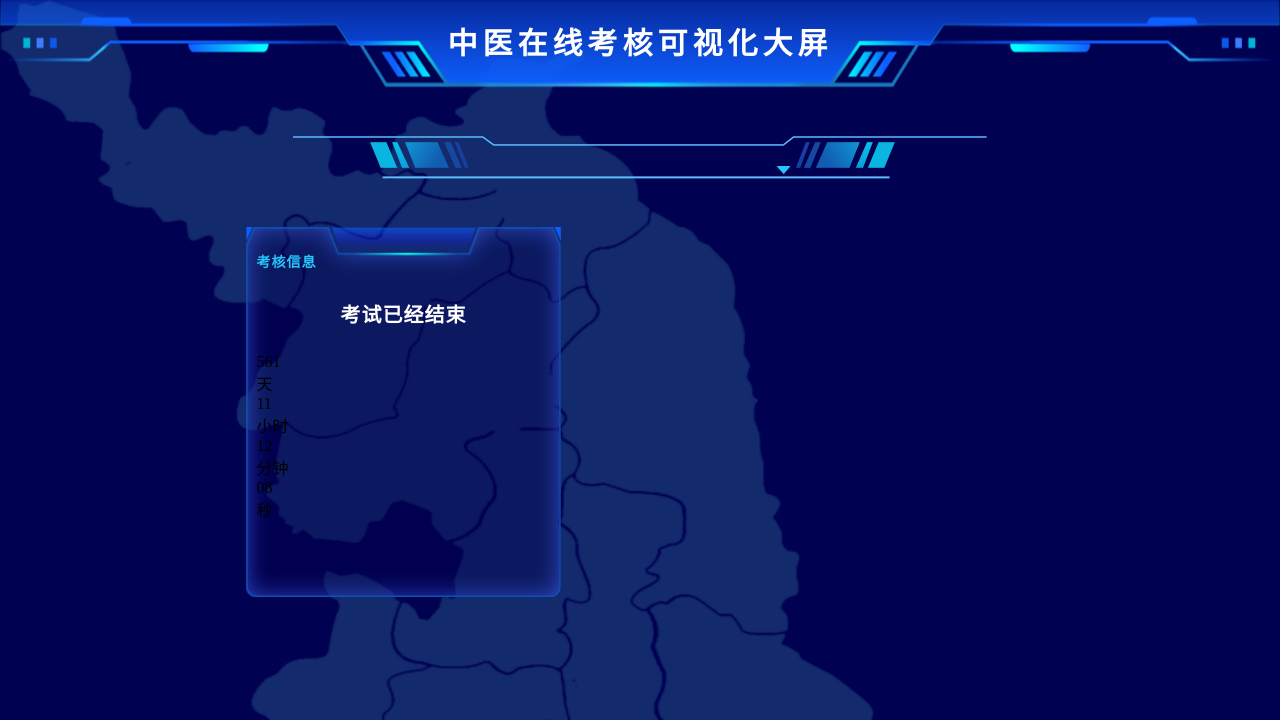
Repository: krislorem/medicine-online-datascreen-vue
Page: /
An editor plug-in stored every save of this project. The page is shown before and after the next save, followed by the edit.
The browser window is 1280 px wide. The pictures show the whole page.
The project was rebuilt for these pictures with package versions that can differ from the ones it lists, and the page was loaded fresh each time. Also part of the build but not shown: vite.config.ts.

Above is the page before, as saved 2024-12-04 11:51:00.
Console error (its wording comes from the project's code and is left out).

### src/main.ts
import './assets/main.css'

import { createApp } from 'vue'
import { createPinia } from 'pinia'
import ElementPlus from 'element-plus'
import 'element-plus/dist/index.css'
import App from './App.vue'
import router from './router'

const app = createApp(App)

app.use(createPinia())
app.use(router)
app.use(ElementPlus)
app.mount('#app')

### src/assets/main.css
body, html {
  width: 100%;
  height: 100%;
  overflow: hidden;
  margin: 0;
  padding: 0;
  width: 100vw;
  height: 100vh
}

#app {
  width: 100%;
  height: 100%
}

### src/App.vue
<template>
  <div>
    <RouterView></RouterView>
  </div>
</template>

<script setup lang="ts">

</script>

<style scoped>
</style>

### src/views/HomeView.vue
<template>
  <div class="home">
    <nav>
      <h1>中医在线考核可视化大屏</h1>
    </nav>
    <div id="mid-bar">
      <select id="info"></select>
    </div>
    <div id="all-info">
      <div id="left">
        <div class="item item-1">
          <p class="top-name"><span>考核信息</span></p>
          <p class="time-title"><span>考试已经结束</span></p>
          <div class="time-container">
            <div class="time-box" style=";"><span class="time-num">561</span></div>
            <div class="time-box" style=";"><span class="time-num">天</span></div>
            <div class="time-box" style=";"><span class="time-num">11</span></div>
            <div class="time-box" style=";"><span class="time-num">小时</span></div>
            <div class="time-box" style=";"><span class="time-num">12</span></div>
            <div class="time-box" style=";"><span class="time-num">分钟</span></div>
            <div class="time-box" style=";"><span class="time-num">08</span></div>
            <div class="time-box" style=";"><span class="time-num">秒</span></div>
          </div>
        </div>
      </div>
      <div id="right"></div>
    </div>
  </div>
</template>

<style scoped>
body {
  font-family: Helvetica Neue, Helvetica, PingFang SC, Hiragino Sans GB, Microsoft YaHei, "\5FAE\8F6F\96C5\9ED1", Arial, sans-serif;
  font-size: 12px;
  line-height: 1.5;
  color: #515a6e;
  background-color: #fff;
  -webkit-font-smoothing: antialiased;
  -moz-osx-font-smoothing: grayscale;
}

.home {
  background: #010152 url(/ditu.png) 50% no-repeat;
  background-size: 100% 100%;
}

.home nav {
  background-image: url(/dingbu.png);
  background-size: 100% 100%;
  background-repeat: no-repeat;
  overflow: hidden;
  display: -webkit-box;
  display: -ms-flexbox;
  display: flex;
  -webkit-box-align: center;
  -ms-flex-align: center;
  align-items: center;
}

.home nav h1 {
  font-size: 30px;
  font-family: PingFangSC-Semibold, PingFang SC;
  font-weight: 600;
  color: #fff;
  line-height: 58px;
  letter-spacing: 5px;
  margin: 15px auto;
}

.home #mid-bar {
  width: 694px;
  height: 43px;
  background: url(/nav.png) no-repeat;
  margin: 48px auto 36px;
  padding-top: 12px;
  display: -webkit-box;
  display: -ms-flexbox;
  display: flex;
  -webkit-box-pack: center;
  -ms-flex-pack: center;
  justify-content: center;
  -webkit-box-align: center;
  -ms-flex-align: center;
  align-items: center;
}

.home #mid-bar #info {
  appearance: none;
  -moz-appearance: none;
  -webkit-appearance: none;
  background: transparent url('/jiantou.png') no-repeat scroll 100%;
  width: 302px;
  height: 22px;
  font-size: 16px;
  text-align: center;
  font-family: PingFangSC-Semibold, PingFang SC;
  font-weight: 600;
  color: #26c5fb;
  line-height: 22px;
  letter-spacing: 2px;
  border: none;
}

#all-info {
  width: 100%;
  height: 796px;
  margin: 20px auto;
  display: -webkit-box;
  display: -ms-flexbox;
  display: flex;
  -ms-flex-pack: distribute;
  justify-content: space-around;
}

#all-info #left {
  width: 23%;
  height: 100%;
}

#all-info #left .item-1 {
  margin-bottom: 20px;
}

#all-info #left .item {
  height: 44%;
  width: 100%;
  padding: 10px;
  background-image: url(/kuang2.png);
  background-size: 100% 100%;
}

#all-info #left .item .top-name>span {
  width: 64px;
  height: 20px;
  font-size: 14px;
  font-family: PingFangSC-Semibold, PingFang SC;
  font-weight: 600;
  color: #26c5fb;
  line-height: 20px;
  letter-spacing: 1px;
}

#all-info #left .item-1 .time-title {
  text-align: center;
  font-size: 20px;
  font-family: PingFangSC-Semibold, PingFang SC;
  font-weight: 600;
  color: #fff;
  line-height: 20px;
  letter-spacing: 1px;
  margin: 32px auto 28px;
}
</style>
<script setup lang="ts">
import * as echarts from 'echarts';
import { onMounted } from 'vue'
const labelOption = {
  show: true,
  position: 'insideBottom',
  distance: 15,
  align: 'left',
  verticalAlign: 'middle',
  rotate: 90,
  formatter: '{c}  {name|{a}}',
  fontSize: 16,
  rich: {
    name: {}
  }
};
const option = {
  tooltip: {
    trigger: 'axis',
    axisPointer: {
      type: 'shadow'
    }
  },
  legend: {
    data: ['Forest', 'Steppe', 'Desert', 'Wetland']
  },
  xAxis: [
    {
      type: 'category',
      axisTick: { show: false },
      data: ['2012', '2013', '2014', '2015', '2016']
    }
  ],
  yAxis: [
    {
      type: 'value'
    }
  ],
  series: [
    {
      name: 'Forest',
      type: 'bar',
      barGap: 0,
      label: labelOption,
      emphasis: {
        focus: 'series'
      },
      data: [320, 332, 301, 334, 390]
    },
    {
      name: 'Steppe',
      type: 'bar',
      label: labelOption,
      emphasis: {
        focus: 'series'
      },
      data: [220, 182, 191, 234, 290]
    },
    {
      name: 'Desert',
      type: 'bar',
      label: labelOption,
      emphasis: {
        focus: 'series'
      },
      data: [150, 232, 201, 154, 190]
    },
    {
      name: 'Wetland',
      type: 'bar',
      label: labelOption,
      emphasis: {
        focus: 'series'
      },
      data: [98, 77, 101, 99, 40]
    }
  ]
};
onMounted(() => {
  let chartDom = document.getElementById('m');
  let myChart = echarts.init(chartDom);
  option && myChart.setOption(option);
})


</script>

Loaded but not shown: index.html (common file); src/router/index.ts (common file)

After the next save:
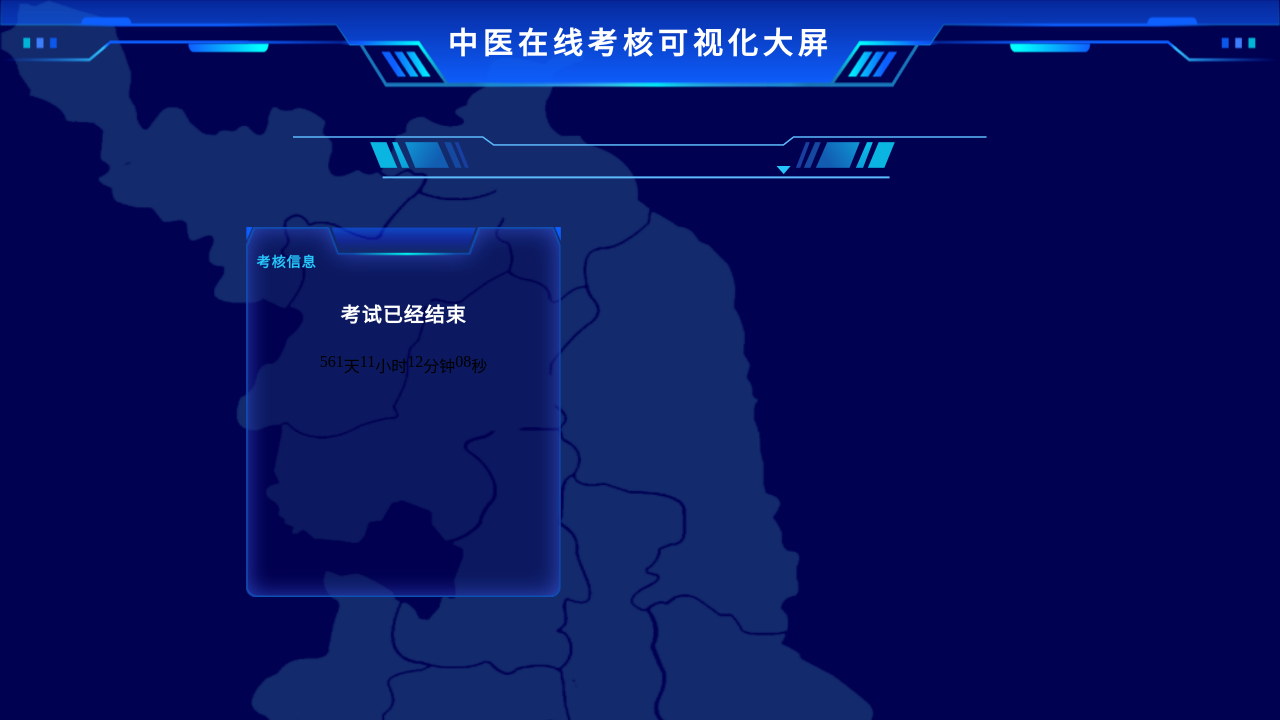
Saved 22 s later.
--- a/src/views/HomeView.vue
+++ b/src/views/HomeView.vue
@@ -150,6 +150,16 @@ body {
   letter-spacing: 1px;
   margin: 32px auto 28px;
 }
+
+#all-info #left .item-1 .time-container,
+#all-info #left .item-1 .time-container .time-box {
+  display: -webkit-box;
+  display: -ms-flexbox;
+  display: flex;
+  -webkit-box-pack: center;
+  -ms-flex-pack: center;
+  justify-content: center;
+}
 </style>
 <script setup lang="ts">
 import * as echarts from 'echarts';
